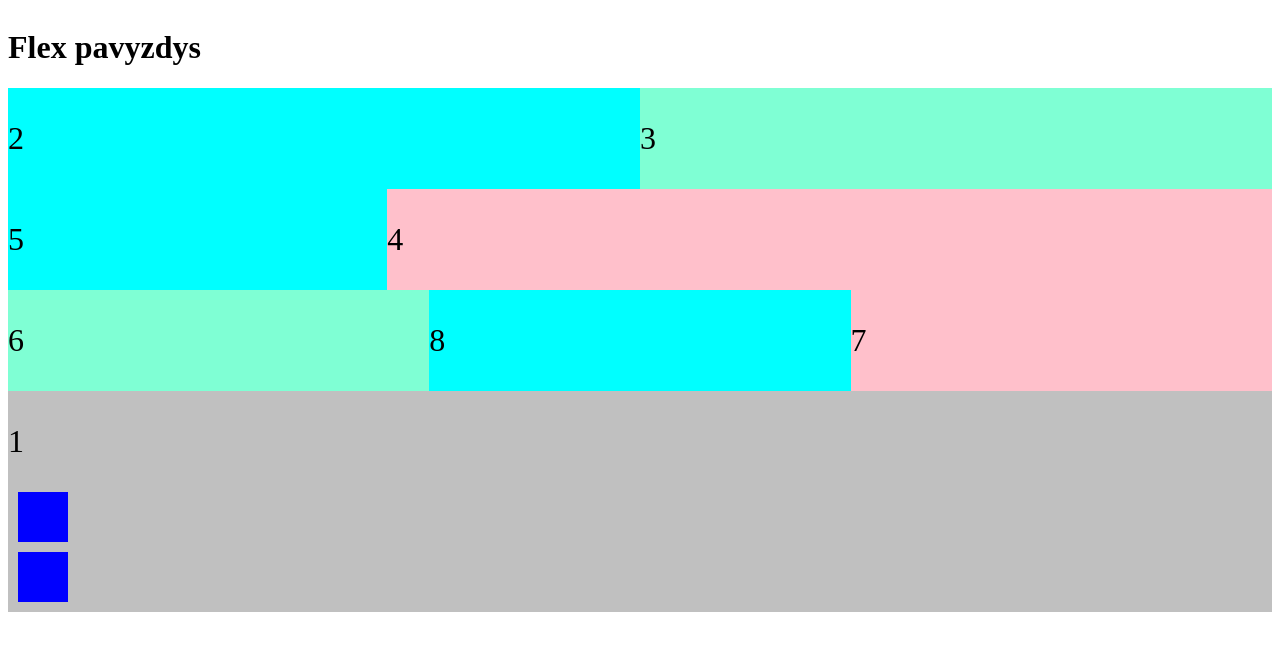
Repository: motiejus1/06-paskaita-invest
Page: index.html
The author's editor kept a copy of each file at every save. The page is drawn from the files as they stood at one save, then again after a run of saves.
The browser window is 1280 px wide. The pictures show the whole page.

Above is the page before, as saved 2021-06-09 20:21:30.

### index.html
<!DOCTYPE html>
<html lang="en">
<head>
    <meta charset="UTF-8">
    <meta http-equiv="X-UA-Compatible" content="IE=edge">
    <meta name="viewport" content="width=device-width, initial-scale=1.0">
    <title>Sesta paskaita</title>
    <style>

* {
            box-sizing: border-box;
        }

        .col-1 {
            width: 8.33%;
        }

        .col-2 {
            width: 16.66%;
        }

        .col-3 {
            width: 25%;
        }

        .col-4 {
            width: 33.33%;
        }

        .col-5 {
            width: 41.66%;
        }

        .col-6 {
            width: 50%;
        }

        .col-7 {
            width: 58.33%;
        }

        .col-8 {
            width: 66.66%;
        }

        .col-9 {
            width:75%;
        }

        .col-10 {
            width: 83.33%;
        }

        .col-11 {
            width: 91.66%;
        }

        .col-12 {
            width: 100%;
        }

        [class*="col-"] {
            float:left;
        }


        .flex-container {
            display: flex;
            flex-direction:row;
            flex-wrap:wrap;
        }

        .flex-item-1 {
            width: 100%;
            background-color: silver;
        }

        .flex-item-2, .flex-item-3 {
            width: 50%;
        }

        .flex-item-4 {
            width: 70%;
        }

        .flex-item-5 {
            width: 30%;
        }

        .flex-item-6, .flex-item-7, .flex-item-8 {
            width: 33.33%;
        }

        .flex-item-1 {
            order: 1001;
        }

        .flex-item-2 {
            order: 202;
        }

        .flex-item-3 {
            order: 203;
        }

        .flex-item-4 {
            order: 205;
        }

        .flex-item-5 {
            order: 204;
        }

        .flex-item-6 {
            order: 206;
        }

        .flex-item-7 {
            order: 208;
        }

        .flex-item-8 {
            order: 207;
        }


        .zydra {
            background-color:aqua;
        }

        .zalsva {
            background-color: aquamarine;
        }

        .rozine {
            background-color: pink;
        }

        p {
            font-size: 32px;
        }

        .kvadratelis {
            width: 50px;
            height: 50px;
            background-color: blue;
            margin: 10px;
        }

        [class*="flex-item-"] {
               /* display:flex; */
               /* justify-content: space-evenly; */
               /* align-items: center; */
            }

        @media screen and (max-width: 720px) {
            .flex-container {
                flex-direction:column;
                flex-wrap: wrap;
            }

            [class*="flex-item-"] {
                width: 100%;
                order: 1;
            }
        }

    </style>
</head>
<body>
    <div class="container">

        <div class="row"> <!--12 stulpeliu  -->
            <div class="col-12"><!-- 12 stulpeliu -->

                <h1>Flex pavyzdys</h1>

                <!--flex -->
                <div class="flex-container">
                    <div class="flex-item-1">
                        <p>1</p>
                        <div class="kvadratelis">
                        </div>
                        <div class="kvadratelis">
                        </div>
                    </div>
                    <div class="flex-item-2 zydra">
                        <p>2</p>
                    </div>
                    <div class="flex-item-3 zalsva"><p>3</p></div>
                    <div class="flex-item-4 rozine"><p>4</p></div>
                    <div class="flex-item-5 zydra"><p>5</p></div>
                    <div class="flex-item-6 zalsva"><p>6</p></div>
                    <div class="flex-item-7 rozine"><p>7</p></div>
                    <div class="flex-item-8 zydra"><p>8</p></div>
                    <!-- <div class="flex-item-9"><p>9</p></div> -->

                    <!-- <h1 class="tekstas">Flex tekstas</h1> -->
                    <!--flex -->
                </div>
            </div>
        </div>




    </div>
</body>
</html>

After the next 2 saves:
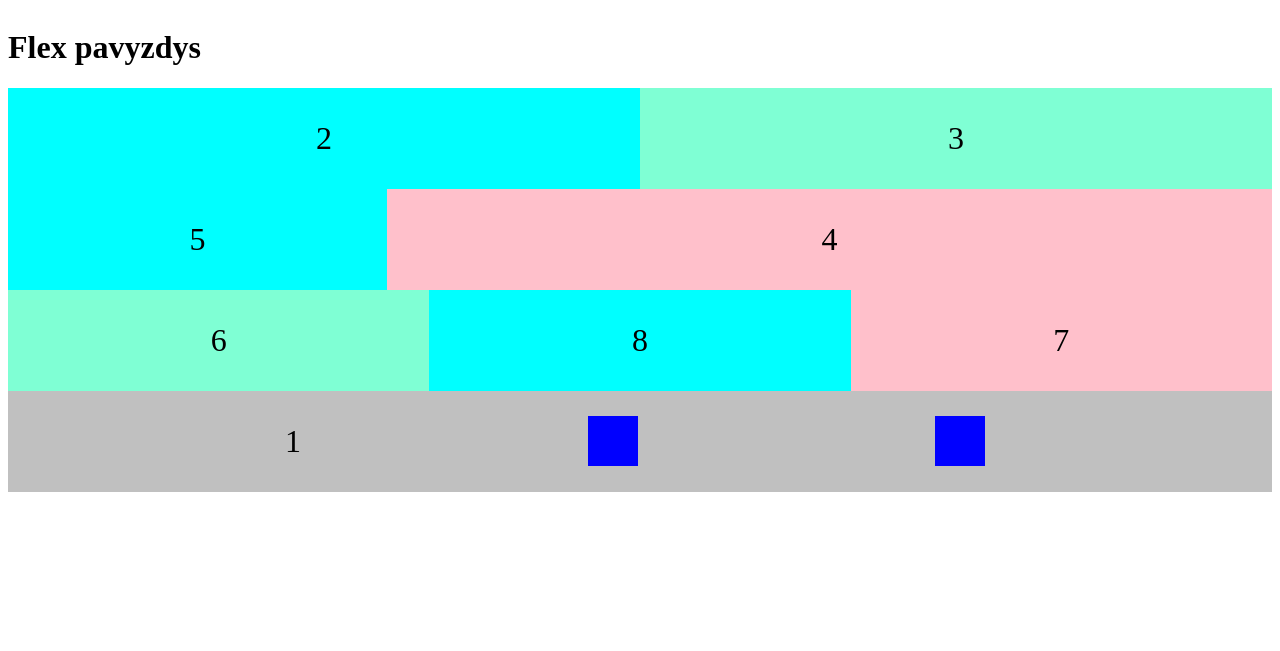
The 2 saves are shown as one change because they came seconds apart.
The last was saved 6 s later.
--- a/index.html
+++ b/index.html
@@ -148,9 +148,9 @@
         }
 
         [class*="flex-item-"] {
-               /* display:flex; */
-               /* justify-content: space-evenly; */
-               /* align-items: center; */
+               display:flex;
+               justify-content: space-evenly;
+               align-items: center;
             }
 
         @media screen and (max-width: 720px) {
